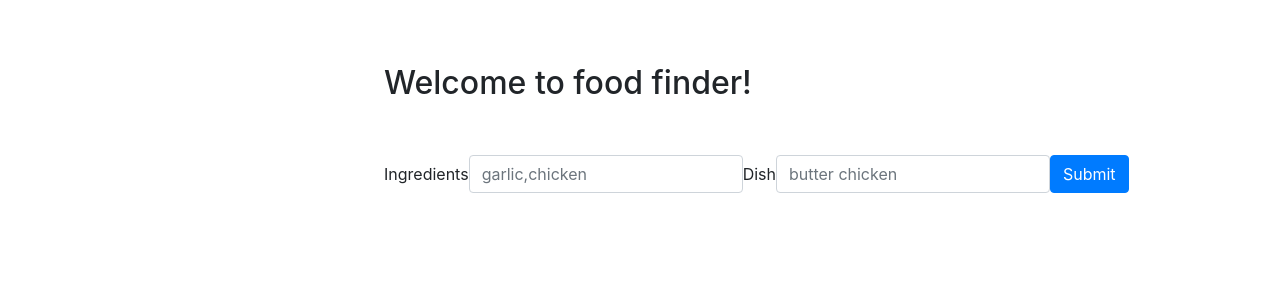
Repository: ratanparmar/receipesearch
Page: /
These files come from the project's save history. The page is drawn as it stood at one moment and after the next save; the edit follows.
The browser window is 1280 px wide. The pictures show the whole page.
The project was rebuilt for these pictures with package versions that can differ from the ones it lists, and the page was loaded fresh each time.

Above is the page before, as saved 2019-12-10 16:26:00.

After the next save:
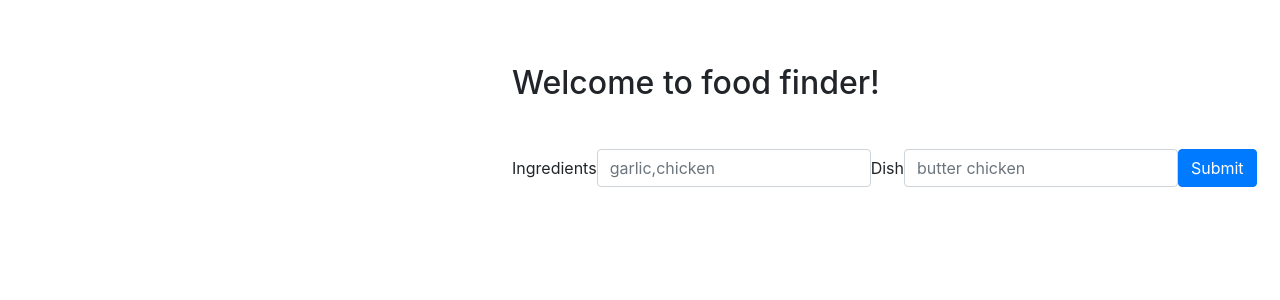
Saved 7 s later.
--- a/src/style/index.css
+++ b/src/style/index.css
@@ -1,5 +1,5 @@
 body{
-    padding-left: 30%;
+    padding-left: 40%;
     padding-top: 5%;
 }
 .App{

After the save that followed:
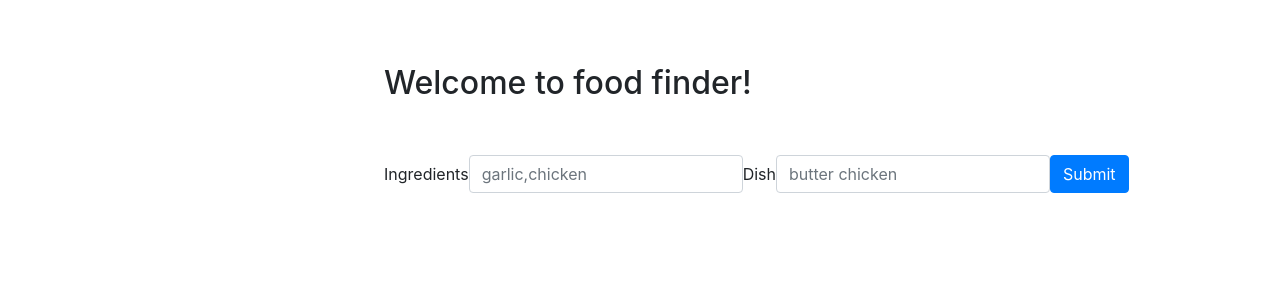
Saved 11 s later.
--- a/src/style/index.css
+++ b/src/style/index.css
@@ -1,5 +1,5 @@
 body{
-    padding-left: 40%;
+    padding-left: 30%;
     padding-top: 5%;
 }
 .App{
